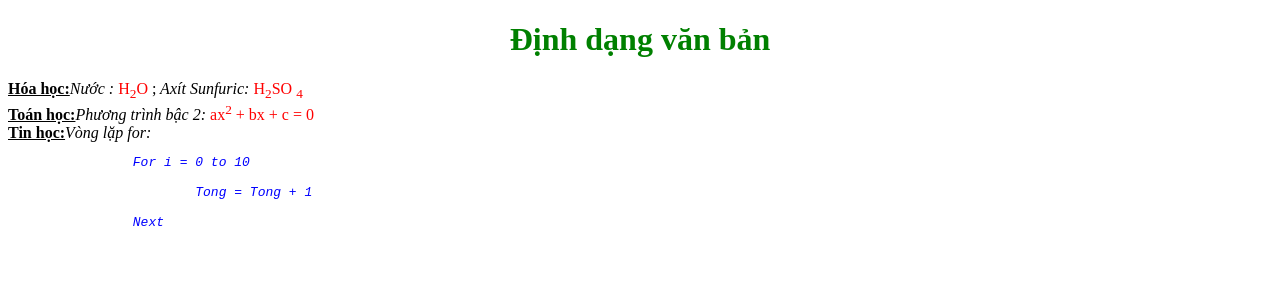
Repository: NgocTruong0701/Self_Learning
Page: html/practice/Baitapweb/Web3.2.3LeNgocTruong-2020601391.html
These files come from the project's save history. The page is drawn as it stood at one moment and after a run of saves; the edit follows.
The browser window is 1280 px wide. The pictures show the whole page.

Above is the page before, as saved 2021-09-29 23:47:56.

### html/practice/Baitapweb/Web3.2.3LeNgocTruong-2020601391.html
<!DOCTYPE html>
<html>
    <head>
        <title>Bài 3 Phiếu 2 Bài 3</title>
        <meta charset="UTF-8">
        <meta name="author" content="Lê Ngọc Trường">
        <style>
            .heading{
                text-align: center;
                color:green;
            }

            .Tenmon{
                font-weight: bold;
                text-decoration:underline;
            }
            .nghieng{
                font-style: italic;
            }
            .colorred{
                color:red;
            }

            pre{
                color:blue;
                background: ;
            }
        </style>
    </head>
    <body>
        <h1 class="heading">Định dạng văn bản</h1>

        <div class="dong1">
            <span class="Tenmon">Hóa học:</span><span class="nghieng">Nước : </span>
            <span class="colorred">H<sub>2</sub>O </span>;<span class="nghieng"> Axít Sunfuric: </span> <span class="colorred">H<sub>2</sub>SO <sub>4</sub></span>
        </div>
        <div class="dong2">
            <span class="Tenmon">Toán học:</span><span class="nghieng">Phương trình bậc 2:</span>
            <span class="colorred">ax<sup>2</sup> + bx + c = 0</span>
            <br>
            <span class="Tenmon">Tin học:</span><span class="nghieng">Vòng lặp for:
            <pre>
                For i = 0 to 10

                        Tong = Tong + 1

                Next
            </pre>
    </body>
</html>

After the next 2 saves:
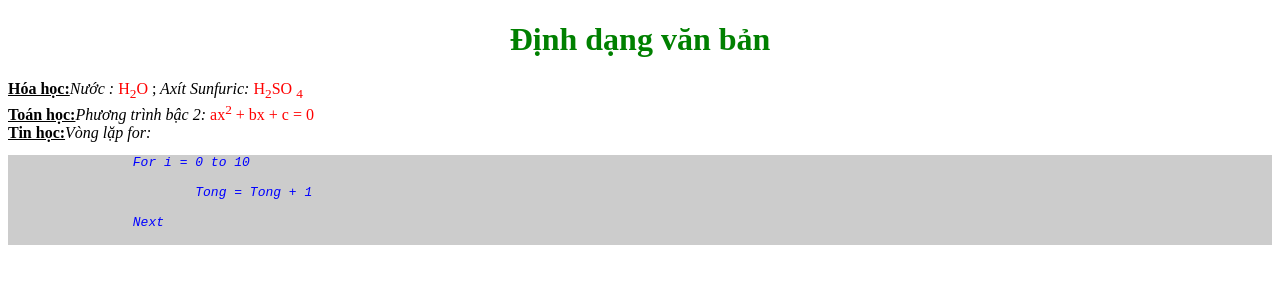
The 2 saves are shown as one change because they came seconds apart.
The last was saved 7 s later.
--- a/html/practice/Baitapweb/Web3.2.3LeNgocTruong-2020601391.html
+++ b/html/practice/Baitapweb/Web3.2.3LeNgocTruong-2020601391.html
@@ -23,7 +23,7 @@
 
             pre{
                 color:blue;
-                background: ;
+                background: #ccc;
             }
         </style>
     </head>
